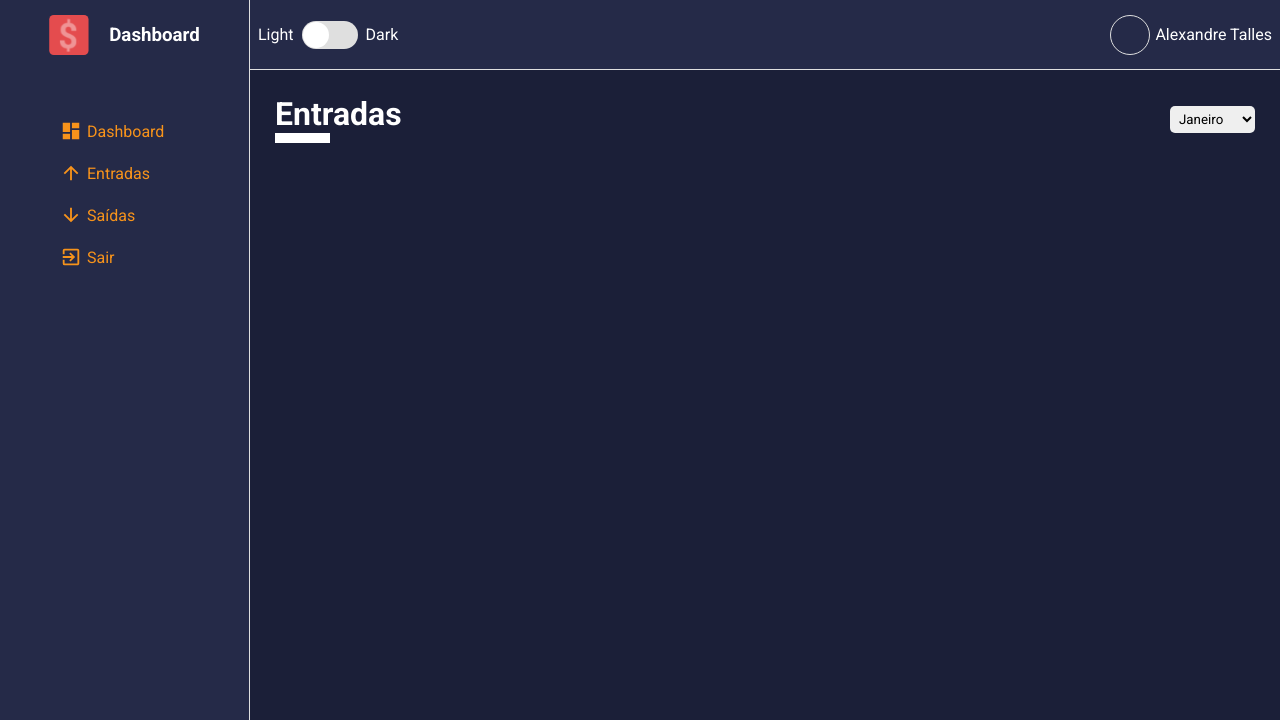
Repository: XFERRER7/dashboard
Page: /
An editor plug-in stored every save of this project. The page is shown before and after a run of saves, followed by the edit.
The browser window is 1280 px wide. The pictures show the whole page.
The project was rebuilt for these pictures with package versions that can differ from the ones it lists, and the page was loaded fresh each time. Also part of the build but not shown: vite.config.ts.

Above is the page before, as saved 2022-07-09 23:39:38.

### index.html
<!DOCTYPE html>
<html lang="pt-br">

<head>
  <meta charset="UTF-8" />
  <meta name="viewport" content="width=device-width, initial-scale=1.0" />
  <link rel="shortcut icon" href="src/assets/Logo.svg" type="image/x-icon">
  <link rel="preconnect" href="https://fonts.googleapis.com">
  <link rel="preconnect" href="https://fonts.gstatic.com" crossorigin>
  <link href="https://fonts.googleapis.com/css2?family=Roboto:wght@400;500;700&display=swap" rel="stylesheet">
  <title>Dashboard</title>
</head>

<body>
  <div id="root"></div>
  <script type="module" src="/src/main.tsx"></script>
</body>

</html>

### src/main.tsx
import React from 'react'
import ReactDOM from 'react-dom/client'
import {App} from './App'

ReactDOM.createRoot(document.getElementById('root')!).render(
  <React.StrictMode>
    <App />
  </React.StrictMode>
)

### src/App.tsx
import Global from "./styles/Global"
import { Layout } from './components/Layout'
import { ThemeProvider } from 'styled-components'
import dark from './styles/Themes/dark'
import light from './styles/Themes/light'
import { Dashboard } from "./pages/Dashboard"
import { List } from "./pages/List"

export const App = () => {
  return (
    <div>
      <ThemeProvider theme={dark}>
        <Global />
        <Layout>
          <List/>
        </Layout>
      </ThemeProvider>
    </div>
  )
}

### src/styles/Global.ts
import { createGlobalStyle } from 'styled-components'

export default createGlobalStyle`

  * {
    margin: 0;
    padding: 0;
    box-sizing: border-box;
  }

  html, body, #root {
    height: 100%;
  }

  *, button, input {
    border: 0;
    outline: 0;
    font-family: 'Roboto', sans-serif;
  }

  button {
    cursor: pointer;
  }

`;

### src/components/Layout/index.tsx
import { Container } from './Styles'
import { MainHeader } from '../MainHeader'
import { Content } from '../Content'
import { Aside } from '../Aside'
import { ReactNode } from 'react';

interface BaseLayoutProps {
  children?: ReactNode;
}


export const Layout = ({ children }: BaseLayoutProps) => {
  return (
    <Container>
      <MainHeader />
      <Aside />
      <Content>
        {children}
      </Content>
    </Container>
  )
}

### src/styles/Themes/dark.ts
export default {
  title: 'dark',

  colors: {
    primary: '#1B1F38',
    secondary: '#252A48',
    tertiary: '##313862',

    white: '#fff',
    black: '#000',
    gray: '#dfdfdf',

    sucess: '#4E41F0',
    info: '#F7931B',
    warning: '#E44C4E'


  }
}

### src/pages/List/index.tsx
import React from 'react'
import { HeaderContent } from '../../MiniComponents/headerContent'
import { Select } from '../../MiniComponents/select'
import { Container } from './styles'

export const List = () => {

  const options = [
    {
      value: 'Janeiro',
      label: 'Janeiro'
    },
    {
      value: 'Fevereiro',
      label: 'Fevereiro'
    },
    {
      value: 'Março',
      label: 'Março'
    }

  ]

  return (
    <Container>
      <HeaderContent titulo={'Entradas'} lineColor={'#fff'}>
        <Select option={options}/>
      </HeaderContent>
    </Container>
  )
}

### src/components/Layout/Styles.ts
import styled from "styled-components"

export const Container = styled.div`
  display: grid;
  grid-template-columns: 250px auto;
  grid-template-rows: 70px auto;

  grid-template-areas:
  'AS MH'
  'AS CT';
  height: 100vh;

`

### src/components/MainHeader/index.tsx

import { Toggle } from '../../MiniComponents/Toggle'
import {
  Container,
  Profile,
  UserName,
  ImgUser
}
  from './Styles'


export const MainHeader = () => {

  return (
    <Container>
      <Toggle/>

      <Profile>
        <ImgUser/>
        <UserName>Alexandre Talles</UserName>

      </Profile>
    </Container>
  )
}

### src/components/Content/index.tsx
import { ReactNode } from 'react';
import { Container } from './Styles'

interface BaseLayoutProps {
  children?: ReactNode;
}

export const Content = ({ children }: BaseLayoutProps) => {
  return (
    <Container>
      {children}
    </Container>
  )
}

### src/components/Aside/index.tsx
import {
  Container,
  Header,
  Title,
  ImgLogo,
  Menu,
  ItemMenu
} from './Styles'
import logo from '../../assets/Logo.svg'
import {
  MdDashboard,
  MdArrowDownward,
  MdArrowUpward,
  MdExitToApp
} from 'react-icons/md'

export const Aside = () => {
  return (
    <Container>
      <Header>
        <ImgLogo src={logo} alt="Logo dashboard" />
        <Title>Dashboard</Title>
      </Header>
      <Menu>
        <ItemMenu href="#">
          <MdDashboard />
          Dashboard
        </ItemMenu>
        <ItemMenu href="#">
          <MdArrowUpward />
          Entradas
        </ItemMenu>
        <ItemMenu href="#">
          <MdArrowDownward />
          Saídas
        </ItemMenu>
        <ItemMenu href="#">
          <MdExitToApp />
          Sair
        </ItemMenu>
      </Menu>
    </Container>
  )
}

### src/MiniComponents/headerContent/index.tsx
import {
  Container,
  TitleContainer,
  Controller
} from './styles'

import { Select } from '../../MiniComponents/select'

interface IHeaderContentProps {
  titulo: string;
  lineColor: string;
  children: React.ReactNode;
}

export const HeaderContent = ({titulo, lineColor, children}: IHeaderContentProps) => {


  return (
    <Container>
      <TitleContainer lineColor={lineColor}>
        <h1>{titulo}</h1>
      </TitleContainer>
      <Controller>
        {children}
      </Controller>
    </Container>
  )
}

### src/MiniComponents/select/index.tsx
import React, { FC } from 'react'
import { Container } from './styles'

interface IselectProps {
  option: {
    value: string | number;
    label: string | number;
  }[],
}

export const Select = ({option}: IselectProps) => {
  return (

    <Container>
      <select>
        {
          option.map(option => <option key={option.value} value={option.value}>{option.label}</option>)
        }
      </select>
    </Container>
  )
}

### src/pages/List/styles.ts
import styled from "styled-components";

export const Container = styled.div`

`

### src/MiniComponents/Toggle/index.tsx
import React, { useState } from 'react'
import { Container, ToggleLabel, ToggleSelector } from './styles'


export const Toggle = () => {

  const [on, setOn] = useState(false);

  return (
    <Container>
      <ToggleLabel>
        Light
      </ToggleLabel>
      <ToggleSelector
        checked={on }
        uncheckedIcon={false}
        checkedIcon={false}
        onChange={() => setOn(!on)}
      />
      <ToggleLabel>
        Dark
      </ToggleLabel>
    </Container>
  )
}

### src/components/MainHeader/Styles.ts
import styled from "styled-components"

export const Container = styled.div`
  grid-area: MH;
  color: ${props => props.theme.colors.white};
  background-color: ${props => props.theme.colors.secondary};
  display: flex;
  justify-content: space-between;
  align-items: center;
  padding: 8px;
  border-bottom: 1px solid ${props => props.theme.colors.gray};
`

export const Profile = styled.div`
  display: flex;
  align-items: center;
  justify-content: center;
  gap: 5px;
`

export const UserName = styled.div`

`

export const ImgUser = styled.div`
  height: 40px;
  width: 40px;
  border-radius: 50%;
  border: 1px solid ${props => props.theme.colors.gray};
`

### src/components/Content/Styles.ts
import styled from "styled-components"

export const Container = styled.div`
  grid-area: CT;
  color: ${props => props.theme.colors.white};
  background-color: ${props => props.theme.colors.primary};
  padding: 25px;
`

### src/components/Aside/Styles.ts
import styled from "styled-components"

export const Container = styled.div`
  grid-area: AS;
  color: ${props => props.theme.colors.white};
  background-color: ${props => props.theme.colors.secondary};
  border-right: 1px solid ${props => props.theme.colors.gray};
`

export const Header = styled.div`
  height: 70px;
  display: flex;
  align-items: center;
  justify-content: center;
  gap: 20px;
`
export const Title = styled.h3`

`
export const ImgLogo = styled.img`
  height: 40px;
  width: 40px;
`
export const Menu = styled.nav`
  display: flex;
  flex-direction: column;
  justify-content: center;
  gap: 20px;
  margin-top: 50px;
  margin-left: 60px;
`
export const ItemMenu = styled.a`
  text-decoration: none;
  color: ${props => props.theme.colors.info};
  transition: 0.1s all ease;
  display: flex;
  align-items: center;
  gap: 5px;


  &:hover {
    opacity: .8;
  }

  > svg {
    font-size: 22px;
  }
`

### src/MiniComponents/headerContent/styles.ts
import styled from "styled-components";

interface ItitleContainerProps {
  lineColor: string;
}


export const Container = styled.div`
  display: flex;
  justify-content: space-between;
`

export const TitleContainer = styled.div<ItitleContainerProps>`


  > h1 {

    color: ${props => props.theme.colors.white};
    &::after {
    content: '';
    display: block;
    width: 55px;
    border-bottom: 10px solid ${props => props.lineColor};
  }
  }

`
export const Controller = styled.div`
  display: flex;
  gap: 5px;
  align-items: center;
`

### src/MiniComponents/select/styles.ts
import styled from "styled-components";

export const Container = styled.div`

  > select {
    padding: 5px;
    border-radius: 5px;
  }
`

### src/MiniComponents/Toggle/styles.ts
import styled from "styled-components";
import Switch, { ReactSwitchProps } from 'react-switch'

export const Container = styled.div`
  display: flex;
  align-items: center;
`

export const ToggleLabel = styled.span`
  color: ${props => props.theme.colors.white};

`

export const ToggleSelector = styled(Switch).attrs<ReactSwitchProps>(
  ({ theme }) => ({
    onColor: theme.colors.primary,
    offColor: theme.colors.gray
  })) <ReactSwitchProps>`
  margin: 0 8px;

`;

After the next 2 saves:
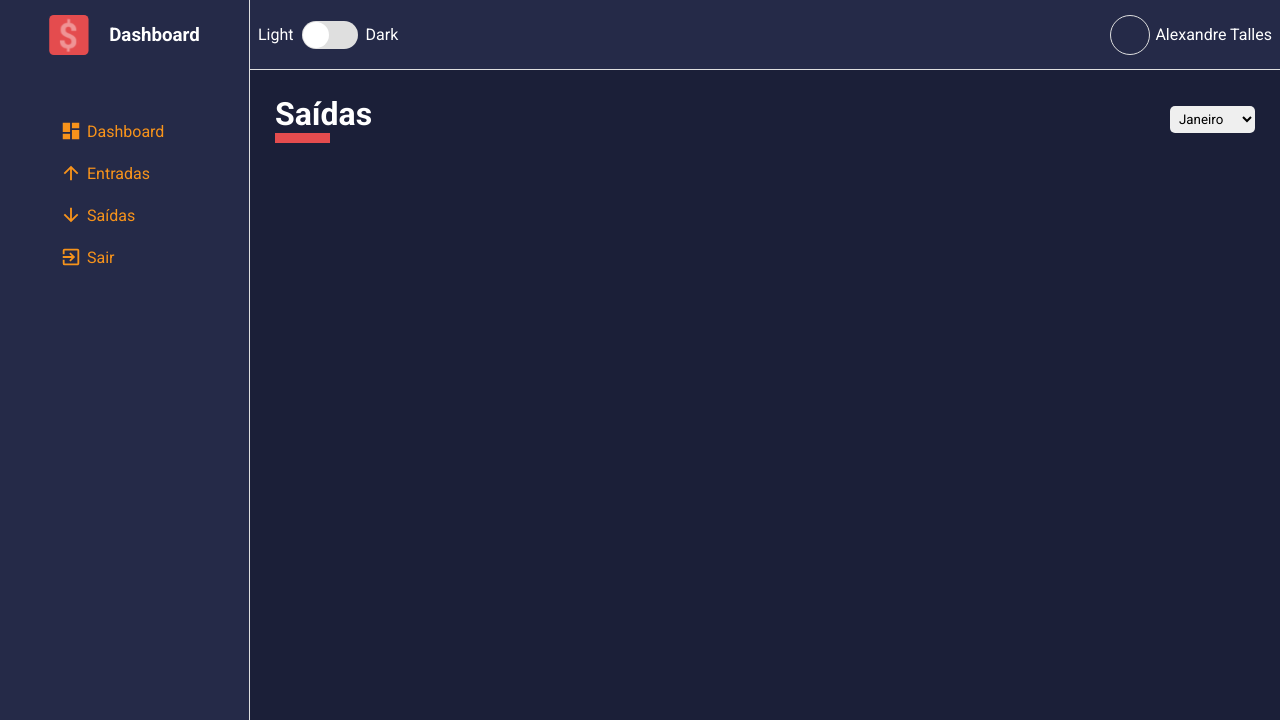
The 2 saves are shown as one change because they came seconds apart.
The last was saved 43 s later.
--- a/src/pages/List/index.tsx
+++ b/src/pages/List/index.tsx
@@ -23,7 +23,7 @@ export const List = () => {
 
   return (
     <Container>
-      <HeaderContent titulo={'Entradas'} lineColor={'#fff'}>
+      <HeaderContent titulo={'Saídas'} lineColor={'#E44C4E'}>
         <Select option={options}/>
       </HeaderContent>
     </Container>
